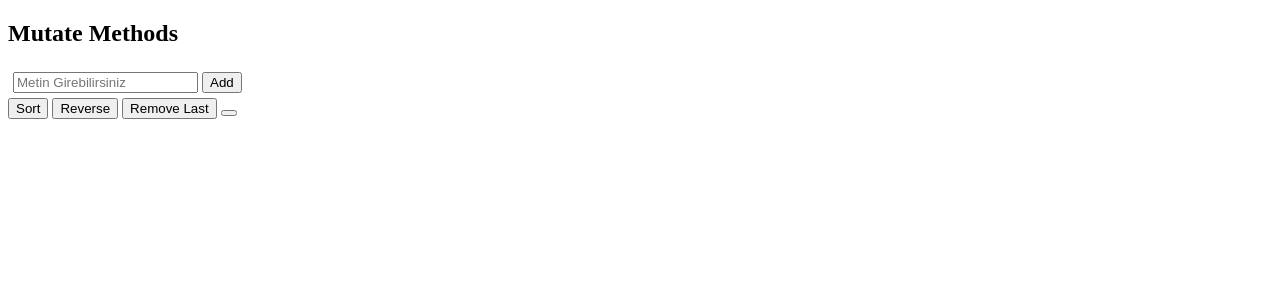
Repository: GorkemTurhan89/jsTutorial
Page: day13/51-b-practice.html
An editor plug-in stored every save of this project. The page is shown before and after a run of saves, followed by the edit.
The browser window is 1280 px wide. The pictures show the whole page.

Above is the page before, as saved 2024-06-20 22:25:43.

### day13/51-b-practice.html
<!DOCTYPE html>
<html lang="en">
<head>
    <meta charset="UTF-8">
    <meta name="viewport" content="width=device-width, initial-scale=1.0">
    <title>Mutate Practice Array</title>
    <style>
        .searchAndClick{
            padding: 5px;
            text-align: left;
        }
    </style>
</head>
<body>
    <h2>Mutate Methods</h2>

    <div class="searchAndClick">
        <input type="text" class="searchBox" id="searchBx" placeholder="Metin Girebilirsiniz">
        <button class="addBtn" id="addBtn">Add</button>
    </div>

    <div class="fonsiyonlar">
        <button id="Sort">Sort</button>
        <button id="Reverse">Reverse</button>
        <button id="RemoveLast">Remove Last</button>
        <button id="RemoveFirst"></button>

    </div>

</body>
</html>

After the next 2 saves:
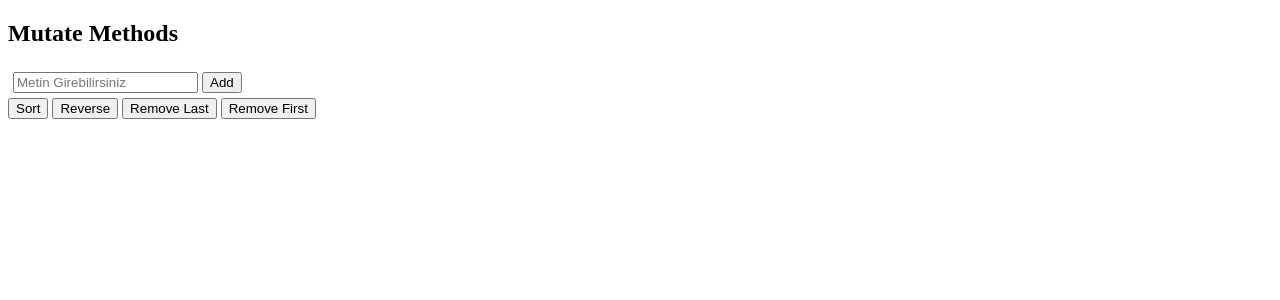
The 2 saves are shown as one change because they came seconds apart.
The last was saved 6 s later.
--- a/day13/51-b-practice.html
+++ b/day13/51-b-practice.html
@@ -23,7 +23,7 @@
         <button id="Sort">Sort</button>
         <button id="Reverse">Reverse</button>
         <button id="RemoveLast">Remove Last</button>
-        <button id="RemoveFirst"></button>
+        <button id="RemoveFirst">Remove First</button>
 
     </div>
 
